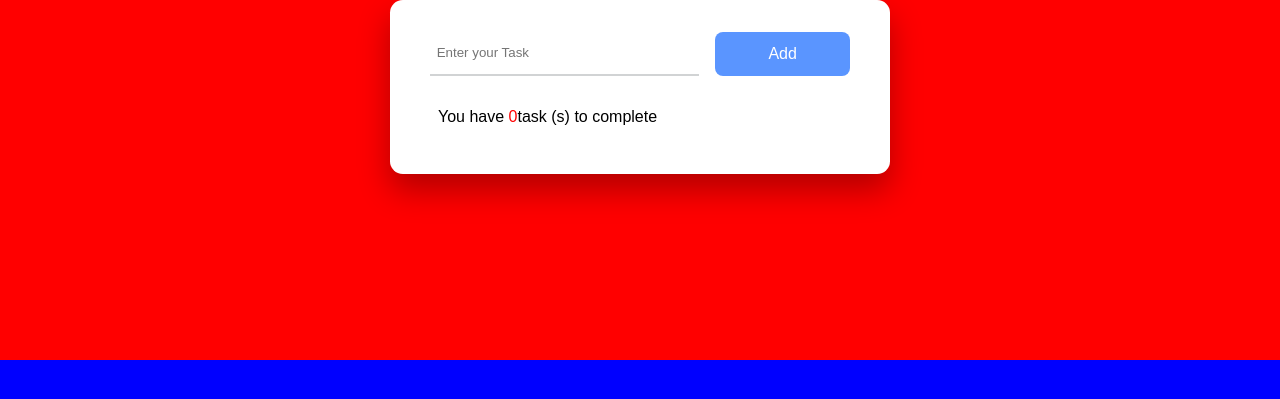
Repository: JunaidAnsari202/Todo-List
Page: index.html
These files come from the project's save history. The page is drawn as it stood at one moment and after a run of saves; the edit follows.
The browser window is 1280 px wide. The pictures show the whole page.
Some web libraries are served in a nearby version.

Above is the page before, as saved 2023-10-30 22:49:32.

After the next 3 saves:
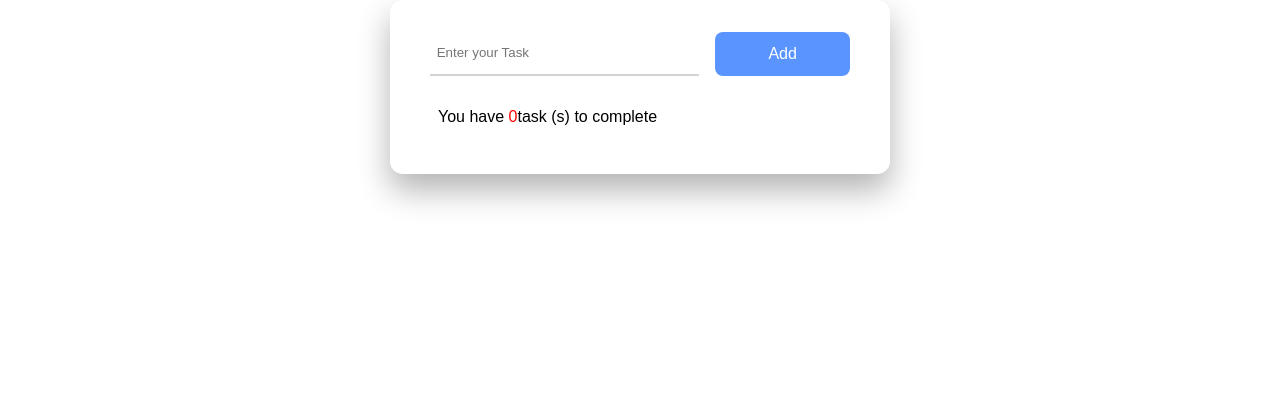
The 3 saves are shown as one change because they came seconds apart.
The last was saved 107 s later.
--- a/style.css
+++ b/style.css
@@ -6,7 +6,7 @@
 
 body{
     height: 100vh;
-    background: linear-gradient(red 50%,blue 50%);
+    background: linear-gradient(red 50%,# 50%);
 }
 
 .app{
